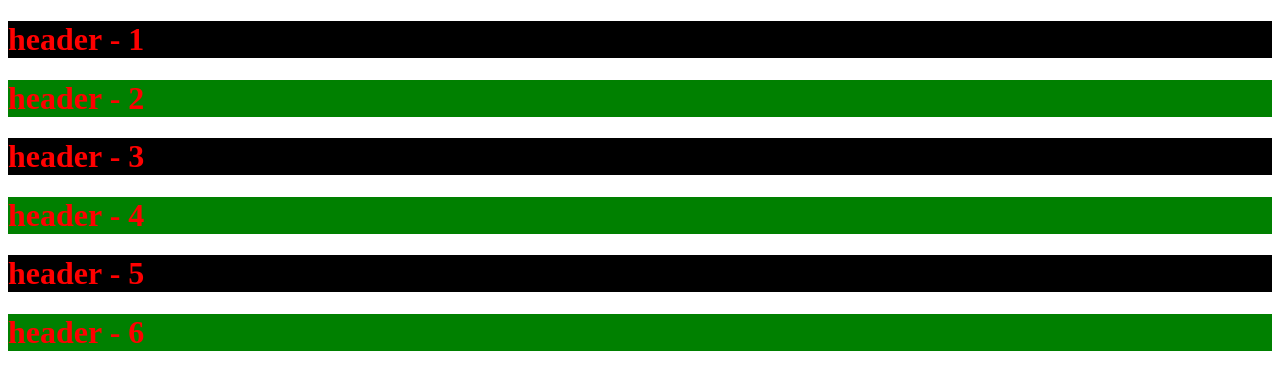
Repository: Junhee1412/front_end_practice
Page: jquery, bootstrap/js01_jquery/public/js10_filter.html
These files come from the project's save history. The page is drawn as it stood at one moment and after the next save; the edit follows.
The browser window is 1280 px wide. The pictures show the whole page.

Above is the page before, as saved 2022-11-14 06:23:05.
Console error (its wording comes from the project's code and is left out).

### jquery, bootstrap/js01_jquery/public/js10_filter.html
<!DOCTYPE html>
<html>
<head>
	<meta charset="UTF-8">
	<title>Insert title here</title>
		<script src="https://code.jquery.com/jquery-3.6.0.min.js"
    	integrity="sha256-/xUj+3OJU5yExlq6GSYGSHk7tPXikynS7ogEvDej/m4="
    	crossorigin="anonymous"></script>
	<script>
		$(function(){
		//$('h1').filter().css()
		$('h1').filter(':even').css({color:'red', background:'black'});
		$('h1').filter(':odd').css({color:'red', background:'green'});
		$('h1').each(function(index, obj){var $index=index;});
		$('h1').filter(':3n').css({color:'white', background:'mediumseagreen'});
		});
		//실습1. 홀수 폰트색상 red, 배경 green
		//실습2. 3개씩 건너서 폰트색상 white, 배경 mediumseagreen 인덱스 전달받아서 나머지 연산
	</script>
</head>
<body>
	<h1>header - 1</h1>
	<h1>header - 2</h1>
	<h1>header - 3</h1>
	<h1>header - 4</h1>
	<h1>header - 5</h1>
	<h1>header - 6</h1>
</body>
</html>

After the next save:
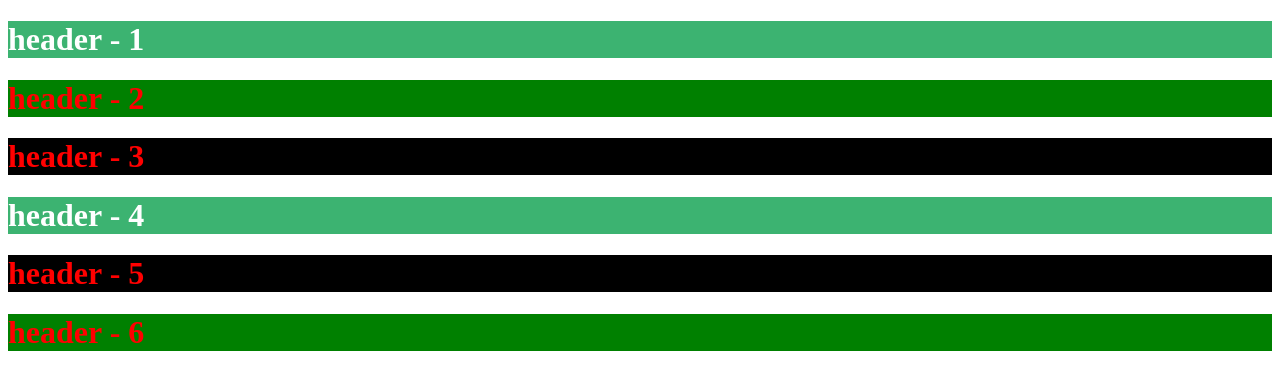
The error is gone.
Saved 86 s later.
--- a/jquery, bootstrap/js01_jquery/public/js10_filter.html
+++ b/jquery, bootstrap/js01_jquery/public/js10_filter.html
@@ -11,8 +11,9 @@
 		//$('h1').filter().css()
 		$('h1').filter(':even').css({color:'red', background:'black'});
 		$('h1').filter(':odd').css({color:'red', background:'green'});
-		$('h1').each(function(index, obj){var $index=index;});
-		$('h1').filter(':3n').css({color:'white', background:'mediumseagreen'});
+		$('h1').filter(function(index){
+			return index % 3 == 0;
+		}).css({color:'white', background:'mediumseagreen'});
 		});
 		//실습1. 홀수 폰트색상 red, 배경 green
 		//실습2. 3개씩 건너서 폰트색상 white, 배경 mediumseagreen 인덱스 전달받아서 나머지 연산
